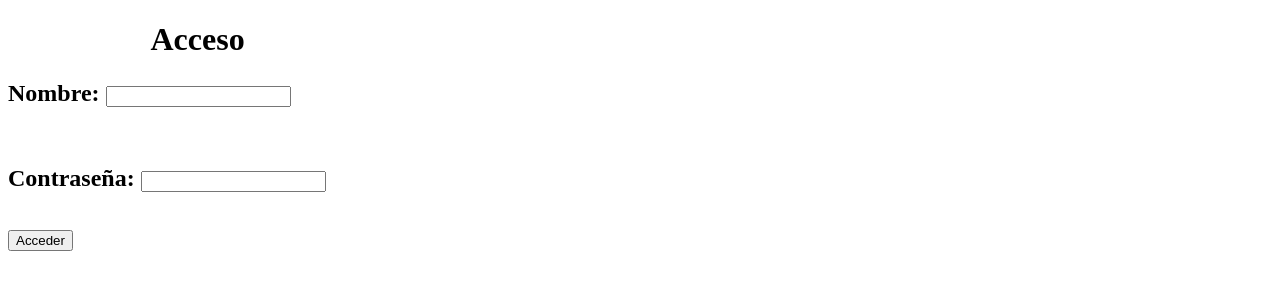
Repository: MateoSantander/Ejercicios4y5
Page: http://localhost/Ejercicio_4/JSP_login.jsp
The author's editor kept a copy of each file at every save. The page is drawn from the files as they stood at one save, then again after the next save.
The browser window is 1280 px wide. The pictures show the whole page.
The page is served by Tomcat 9. Other server files are loaded and not shown.

Above is the page before, as saved 2022-03-18 13:24:24.

### Ejercicio_4/src/main/webapp/JSP_login.jsp
<%@ page language="java" contentType="text/html; charset=ISO-8859-1"
    pageEncoding="ISO-8859-1"%>
<!DOCTYPE html>
<html>
<head>
<meta charset="ISO-8859-1">
<title>acceso</title>
<link rel="stylesheet" href="css/design.css">
</head>
<body>
			<h1>Acceso</h1>
		<form action="login" method="post">
			<h2>Nombre: <input type="text" class="form-control" name="username"/></h2>
			<br/>
			<h2>Contraseña: <input type="password" class="form-control" name="password"/></h2>
			<br/>
			<input type="submit" value="Acceder">
		</form>
</body>
</html>

### Ejercicio_4/src/main/webapp/css/design.css
@charset "ISO-8859-1";

h1{
	 color:rgb(rgb(255, 0, 0), green, blue);
        text-align:center;
        width:30%;
        border-radius: 5prgb(0, 128, 255)kground-color:rgb(0, 128, 255)
}
button

After the next save:
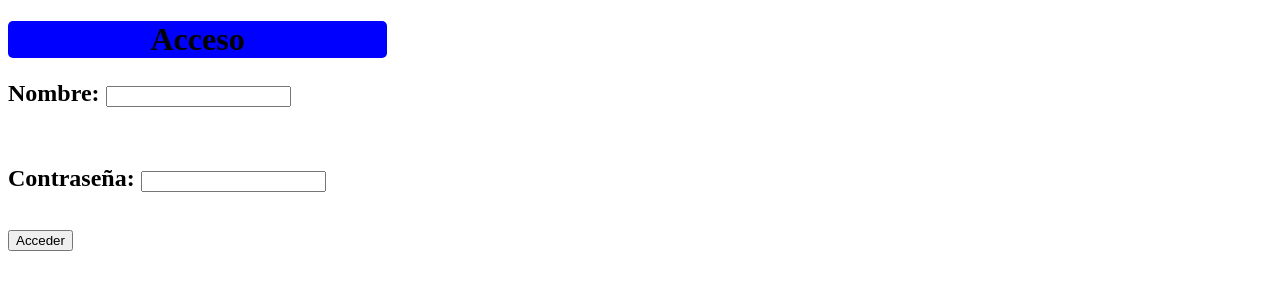
Saved 2 min 2 s later.
--- a/Ejercicio_4/src/main/webapp/css/design.css
+++ b/Ejercicio_4/src/main/webapp/css/design.css
@@ -4,6 +4,6 @@ h1{
 	 color:rgb(rgb(255, 0, 0), green, blue);
         text-align:center;
         width:30%;
-        border-radius: 5prgb(0, 128, 255)kground-color:rgb(0, 128, 255)
+        border-radius: 5px;
+        background-color: blue;
 }
-button
